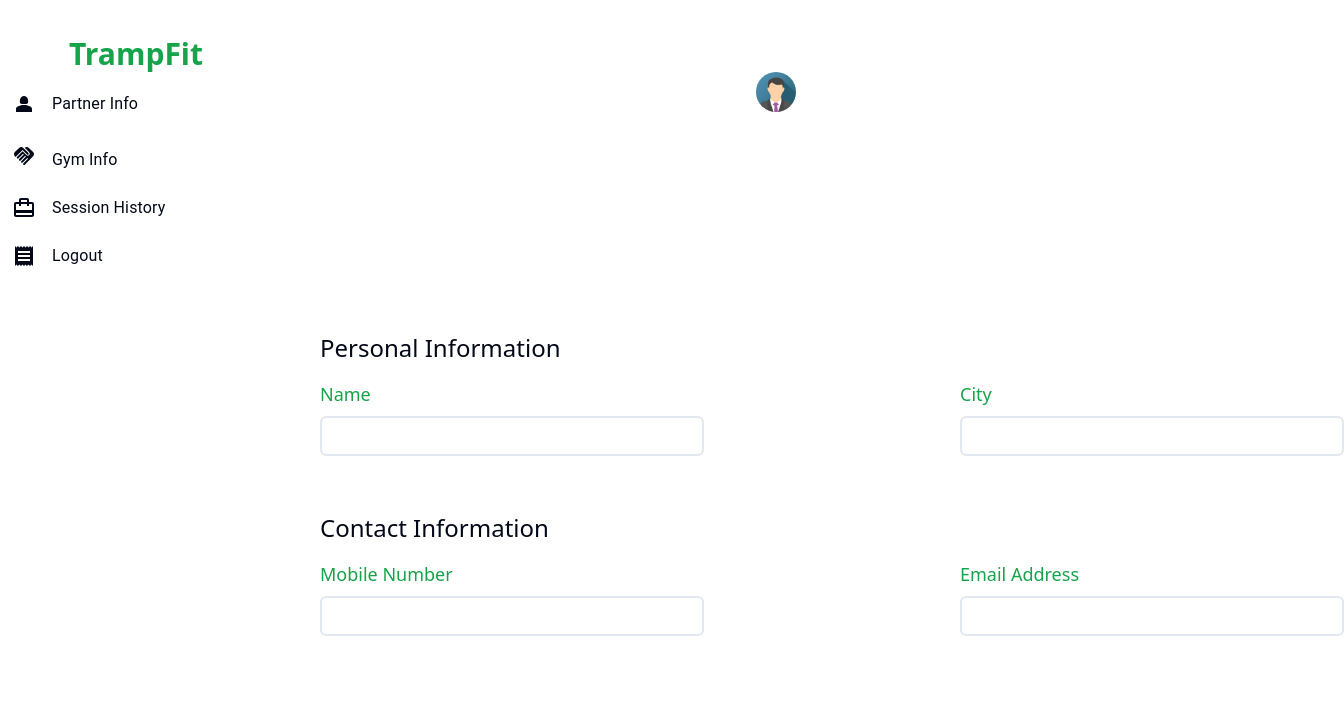
Repository: ezioxatul/TrampFit-Website
Page: /partner/partnerDashboard/partnerInfo (app in Frontend/)
An editor plug-in stored every save of this project. The page is shown before and after the next save, followed by the edit.
The browser window is 1280 px wide. The page is 1344 px wide, so the pictures cover 1344 px, including what lies to the right of the window. The pictures show the whole page.
The project was rebuilt for these pictures with package versions that can differ from the ones it lists, and the page was loaded fresh each time. The framework's server and built-in components were replaced by stand-ins that run in the browser. Also part of the build but not shown: Frontend/next.config.js, Frontend/next.config.mjs, Frontend/components/Loader.js, Frontend/components/Popup.js.

Above is the page before, as saved 2024-05-16 17:50:49.

### Frontend/pages/_app.js
import Loader from "@/components/Loader";
import "@/styles/globals.css";
import { useRouter } from "next/router";
import { useEffect, useState } from "react";


const Loading = () => {

  return (
    <Loader/>
  );
}

export default function App({ Component, pageProps }) {

  const [loading, setLoading] = useState(false);
  const router = useRouter();

  useEffect(() => {
    const handleStart = () => setLoading(true);
    const handleComplete = () => setLoading(false);

    router.events.on('routeChangeStart', handleStart);
    router.events.on('routeChangeComplete', handleComplete);
    router.events.on('routeChangeError', handleComplete);

    return () => {
      router.events.off('routeChangeStart', handleStart);
      router.events.off('routeChangeComplete', handleComplete);
      router.events.off('routeChangeError', handleComplete);
    };
  }, []);

  return (
    <>
    <div className="h-2">
      {
        loading  &&
          <Loading />

      }
      </div>
          <Component {...pageProps} />

    </>
  );
}

### Frontend/pages/_document.js
import { Html, Head, Main, NextScript } from "next/document";

export default function Document() {
  return (
    <Html lang="en">
          <Head />
          <body>
            <Main />
            <NextScript />
          </body>
        </Html>
        );
}

### Frontend/pages/partner/partnerDashboard/partnerInfo.js
import PartnerSideBar from "@/components/PartnerSideBar";
import { Avatar } from "@mui/material";
import { Input } from "@/components/ui/input";
import { Label } from "@/components/ui/label";
import { useEffect, useState } from "react";
import { useRouter } from "next/router";
import { ToastContainer, toast } from "react-toastify";

export default function partnerInfo() {
    const inputClassName = "w-96 text-lg border-2";
    const labelClassName = "text-lg text-green-600 font-normal";
    const containerClassName = "ml-80";

    return (
        <>
            <div className="flex flex-col">
                <div className="flex">
                    <PartnerSideBar />
                        <Avatar className="w-36 mx-auto mt-16 h-36 text-6xl bg-black" src="/avtar.png" />
                </div>
                <div>
                    <h1 className={`${containerClassName} text-2xl mb-4`}>Personal Information</h1>
                    <div className={`${containerClassName} flex mb-10`}>
                        <div className="mr-32 space-y-2">
                            <Label htmlFor="name" className={labelClassName}>
                                Name
                            </Label>
                            <Input type="text" className={inputClassName} />
                        </div>
                        <div className="ml-32 space-y-2">
                            <Label htmlFor="city" className={labelClassName}>
                                City
                            </Label>
                            <Input type="text" className={inputClassName} />
                        </div>
                    </div>
                </div>
                <div>
                    <h1 className={`${containerClassName} text-2xl mb-4 mt-4`}>Contact Information</h1>
                    <div className={`${containerClassName} flex mb-10`}>
                        <div className="mr-32 space-y-2">
                            <Label htmlFor="name" className={labelClassName}>
                                Mobile Number
                            </Label>
                            <Input type="text" className={inputClassName} />
                        </div>
                        <div className="ml-32 space-y-2 mb-10">
                            <Label htmlFor="city" className={labelClassName}>
                                Email Address
                            </Label>
                            <Input type="text" className={inputClassName} />
                        </div>
                        <ToastContainer />
                    </div>
                </div>
            </div>
        </>
    );
}

### Frontend/styles/globals.css
@tailwind base;
@tailwind components;
@tailwind utilities;


@layer base {
  :root {
    --background: 0 0% 100%;
    --foreground: 222.2 84% 4.9%;

    --card: 0 0% 100%;
    --card-foreground: 222.2 84% 4.9%;

    --popover: 0 0% 100%;
    --popover-foreground: 222.2 84% 4.9%;

    --primary: 222.2 47.4% 11.2%;
    --primary-foreground: 210 40% 98%;

    --secondary: 210 40% 96.1%;
    --secondary-foreground: 222.2 47.4% 11.2%;

    --muted: 210 40% 96.1%;
    --muted-foreground: 215.4 16.3% 46.9%;

    --accent: 210 40% 96.1%;
    --accent-foreground: 222.2 47.4% 11.2%;

    --destructive: 0 84.2% 60.2%;
    --destructive-foreground: 210 40% 98%;

    --border: 214.3 31.8% 91.4%;
    --input: 214.3 31.8% 91.4%;
    --ring: 222.2 84% 4.9%;

    --radius: 0.5rem;
  }

  .dark {
    --background: 222.2 84% 4.9%;
    --foreground: 210 40% 98%;

    --card: 222.2 84% 4.9%;
    --card-foreground: 210 40% 98%;

    --popover: 222.2 84% 4.9%;
    --popover-foreground: 210 40% 98%;

    --primary: 210 40% 98%;
    --primary-foreground: 222.2 47.4% 11.2%;

    --secondary: 217.2 32.6% 17.5%;
    --secondary-foreground: 210 40% 98%;

    --muted: 217.2 32.6% 17.5%;
    --muted-foreground: 215 20.2% 65.1%;

    --accent: 217.2 32.6% 17.5%;
    --accent-foreground: 210 40% 98%;

    --destructive: 0 62.8% 30.6%;
    --destructive-foreground: 210 40% 98%;

    --border: 217.2 32.6% 17.5%;
    --input: 217.2 32.6% 17.5%;
    --ring: 212.7 26.8% 83.9%;
  }
}

@layer base {
  * {
    @apply border-border;
  }
  body {
    @apply bg-background text-foreground;
  }
}


.outline_remove:focus{


}
.focus-visible\:ring-offset-2:focus-visible{
  border:none !important;
  outline: none !important;
  border-style: none;
}

### Frontend/components/PartnerSideBar.js
import List from '@mui/material/List';
import ListItemButton from '@mui/material/ListItemButton';
import ListItemText from '@mui/material/ListItemText';
import Person2Icon from '@mui/icons-material/Person2';
import HandshakeIcon from '@mui/icons-material/Handshake';
import CardTravelIcon from '@mui/icons-material/CardTravel';
import ReceiptIcon from '@mui/icons-material/Receipt';
import LogoutIcon from '@mui/icons-material/Logout';

import { useState } from 'react';
import Link from 'next/link';
import Popup from './Popup';
import { useRouter } from 'next/router';

export default function PartnerSideBar() {

    let SideBarHeading = ['Partner Info', 'Gym Info', 'Session History', 'Logout'];

    let router = useRouter();
    let [start, setStart] = useState(false);

    const logout = () => {
        setStart(!start);
    }


    const logoutEvent = () => {
        localStorage.removeItem('partnerToken');
        setStart(false);
        router.push('/partner/partnerLogin')
    }
    return (
        <>
            <div className=" w-72  m-[-8px] p-1  mb-10">
                <Link href="#"><h1 className=' text-green-600 text-3xl font-semibold text-center mt-8 cursor-pointer'>TrampFit</h1></Link>

                <List className='bg-white mt-8 ml-6 space-y-2'>
                    {
                        SideBarHeading.map((text, index) => {
                            return (
                                index === 1 ?
                                    <>

                                        <ListItemButton className=' space-x-4 flex justify-between hover:bg-green-100 hover:rounded-2xl hover:text-green-600'>
                                            <Link href="#" className='flex space-x-4 '>
                                                <HandshakeIcon className='text-2xl' />
                                                <ListItemText primary={text} />
                                            </Link>
                                        </ListItemButton>

                                    </> :
                                    index === 0 ?
                                        <Link href="#">
                                            <ListItemButton className=' space-x-4 hover:bg-green-100 hover:rounded-2xl hover:text-green-600'>
                                                <Person2Icon className='text-2xl' />
                                                <ListItemText primary={text} />
                                            </ListItemButton>
                                        </Link> :
                                        index === 2 ?
                                            <Link href="#">
                                                <ListItemButton className=' space-x-4 hover:bg-green-100 hover:rounded-2xl hover:text-green-600'>
                                                    <CardTravelIcon className='text-2xl' />
                                                    <ListItemText primary={text} />
                                                </ListItemButton>
                                            </Link> :
                                            index === 3 ?
                                                <Link href="#">
                                                    <ListItemButton className=' space-x-4 hover:bg-green-100 hover:rounded-2xl hover:text-green-600'>
                                                        <ReceiptIcon className='text-2xl' />
                                                        <ListItemText primary={text} />
                                                    </ListItemButton>
                                                </Link> :
                                                <ListItemButton className=' space-x-4 hover:bg-green-100 hover:rounded-2xl hover:text-green-600' onClick={logout}>
                                                    <LogoutIcon className='text-2xl' />
                                                    <ListItemText primary={text} />
                                                    <Popup open={start} title={"Do you Really want to Logout?"} cancel="Cancel" logout="Logout" logoutEvent={logoutEvent} cancelEvent={logout} />
                                                </ListItemButton>
                            )
                        })
                    }
                </List>
            </div>
        </>
    );
}

### Frontend/tailwind.config.js
/** @type {import('tailwindcss').Config} */
module.exports = {
  darkMode: ["class"],
  content: [
    './pages/**/*.{js,jsx}',
    './components/**/*.{js,jsx}',
    './app/**/*.{js,jsx}',
    './src/**/*.{js,jsx}',
  ],
  prefix: "",
  theme: {
    container: {
      center: true,
      padding: "2rem",
      screens: {
        "2xl": "1400px",
      },
    },
    extend: {fontFamily: {
      play: ["Play", "sans-serif"],
    },
      colors: {
        border: "hsl(var(--border))",
        input: "hsl(var(--input))",
        ring: "hsl(var(--ring))",
        background: "hsl(var(--background))",
        foreground: "hsl(var(--foreground))",
        primary: {
          DEFAULT: "hsl(var(--primary))",
          foreground: "hsl(var(--primary-foreground))",
        },
        secondary: {
          DEFAULT: "hsl(var(--secondary))",
          foreground: "hsl(var(--secondary-foreground))",
        },
        destructive: {
          DEFAULT: "hsl(var(--destructive))",
          foreground: "hsl(var(--destructive-foreground))",
        },
        muted: {
          DEFAULT: "hsl(var(--muted))",
          foreground: "hsl(var(--muted-foreground))",
        },
        accent: {
          DEFAULT: "hsl(var(--accent))",
          foreground: "hsl(var(--accent-foreground))",
        },
        popover: {
          DEFAULT: "hsl(var(--popover))",
          foreground: "hsl(var(--popover-foreground))",
        },
        card: {
          DEFAULT: "hsl(var(--card))",
          foreground: "hsl(var(--card-foreground))",
        },
      },
      borderRadius: {
        lg: "var(--radius)",
        md: "calc(var(--radius) - 2px)",
        sm: "calc(var(--radius) - 4px)",
      },
      keyframes: {
        "accordion-down": {
          from: { height: "0" },
          to: { height: "var(--radix-accordion-content-height)" },
        },
        "accordion-up": {
          from: { height: "var(--radix-accordion-content-height)" },
          to: { height: "0" },
        },
      },
      animation: {
        "accordion-down": "accordion-down 0.2s ease-out",
        "accordion-up": "accordion-up 0.2s ease-out",
      },
    },
  },
  plugins: [require("tailwindcss-animate")],
}

Loaded but not shown: Frontend/components/ui/input.jsx (common file); Frontend/components/ui/label.jsx (common file); Frontend/lib/utils.js (common file)

After the next save:
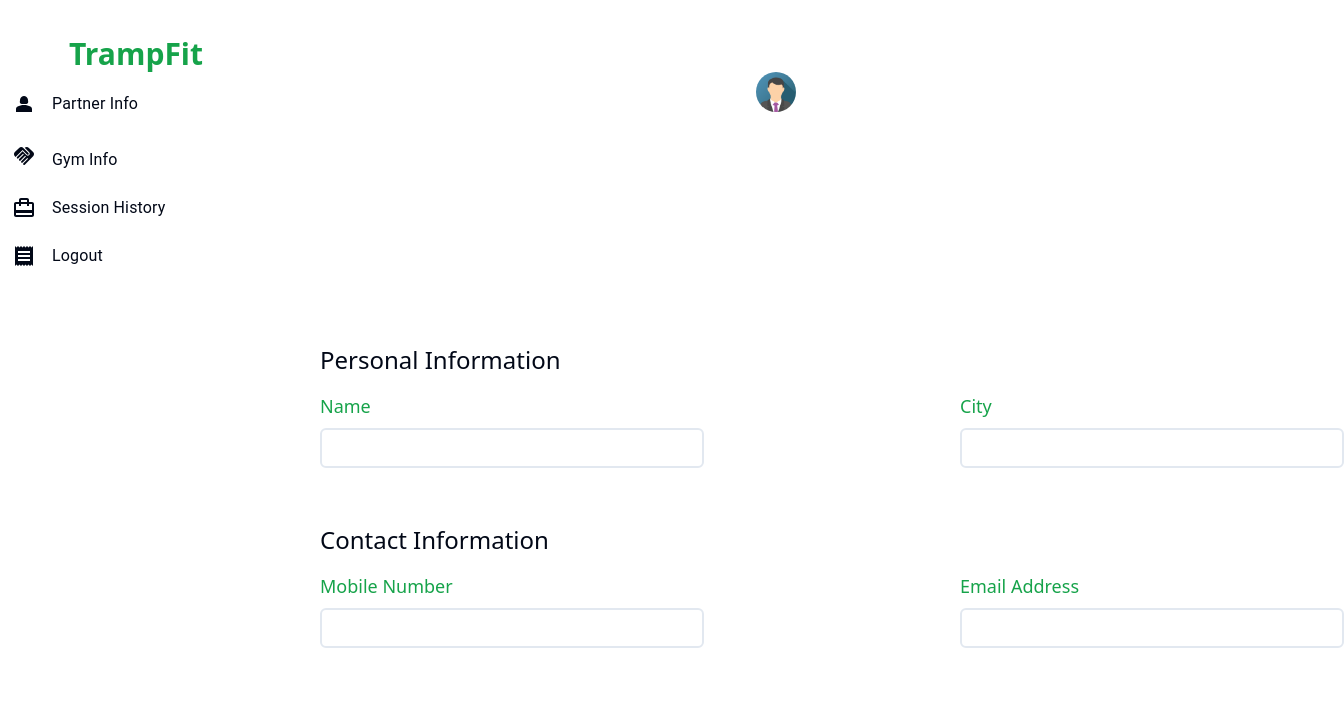
Saved 61 s later.
--- a/Frontend/pages/partner/partnerDashboard/partnerInfo.js
+++ b/Frontend/pages/partner/partnerDashboard/partnerInfo.js
@@ -18,7 +18,7 @@ export default function partnerInfo() {
                     <PartnerSideBar />
                         <Avatar className="w-36 mx-auto mt-16 h-36 text-6xl bg-black" src="/avtar.png" />
                 </div>
-                <div>
+                <div className="mt-3">
                     <h1 className={`${containerClassName} text-2xl mb-4`}>Personal Information</h1>
                     <div className={`${containerClassName} flex mb-10`}>
                         <div className="mr-32 space-y-2">
